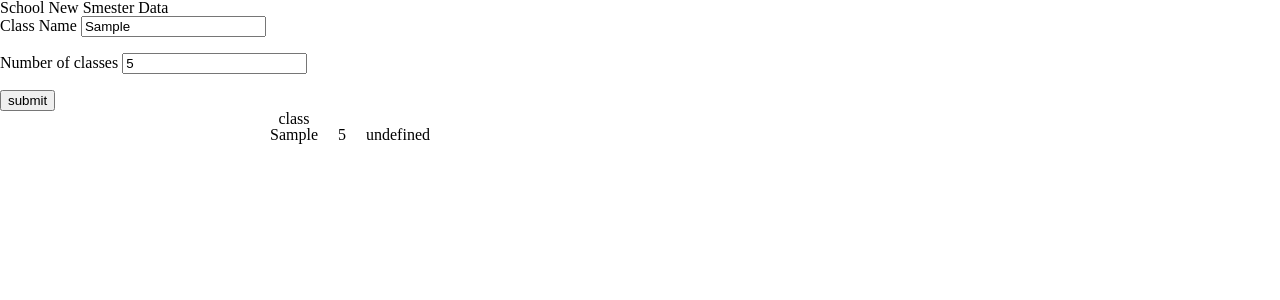
Repository: Razan-am/exam-practice
Page: index.html
These files come from the project's save history. The page is drawn as it stood at one moment and after the next save; the edit follows.
The browser window is 1280 px wide. The pictures show the whole page.
Empty fields were first filled with sample values (such as "Sample", 5 or name@example.com).
After loading, the first visible `#myForm` was submitted once.

Above is the page before, as saved 2021-05-30 23:55:47.

### index.html
<!DOCTYPE html>
<html lang="en">
<head>
    <meta charset="UTF-8">
    <meta http-equiv="X-UA-Compatible" content="IE=edge">
    <meta name="viewport" content="width=device-width, initial-scale=1.0">
    <title>Document</title>
    <link rel="stylesheet" href="css/reset.css">
    <link rel="stylesheet" href="css/style.css">
</head>
<body>
    <header>
        <h1>School New Smester Data</h1>
    </header>
    <main>
        <form action="" id="myForm">
            <fieldset>
                <label for="className">Class Name</label>
                <input type="text" id="className" name="className" placeholder="9th">
                <br/><br/>
                <label for="classNumber">
                    Number of classes
                </label>
                <input type="number" id="classNamber" name="classNumber">
                <br/><br/>
                <input type="submit" value="submit">
            </fieldset>
        </form>
        <div >
            <table id="table"></table>
        </div>
    </main>
    <footer></footer>
    <script src="js/app.js"></script>
</body>
</html>

### css/style.css
table {
    margin-left: 250px;
}
th{
    padding-left: 20px;
}
td{
    padding-left: 20px;
}

### js/app.js
'use strict';

let myForm = document.getElementById('myForm');
let myTable = document.getElementById('table');

let headerData = ['class', 'number of classes', 'number of students for each class']

let mainArr = [];
function Myform(className, numberOfClasses) {
    this.className = className;
    this.numberOfClasses = numberOfClasses;
    this.randomNumber = 0;
    mainArr.push(this);
    setting();
}
console.log(mainArr);

function random(min, max) {
    mainArr.randomNumber = Math.floor(Math.random() * (max - min + 1)) + min;
}


myForm.addEventListener('submit', handleSubmit);

function handleSubmit(event) {
    event.preventDefault();
    let className = event.target.className.value;
    let classNumber = event.target.classNumber.value;
    new Myform(className, classNumber);
    render();
}

function render() {
    // myTable.textContent='';

    let headerEl = document.createElement('tr');
    myTable.appendChild(headerEl);
    let tBody = document.createElement('tr');
    myTable.appendChild(tBody);
    for (let index = 0; index < mainArr.length; index++) {
        let thEl = document.createElement('th');
        headerEl.appendChild(thEl);
        thEl.textContent = `${headerData[index]}`

        let td1 = document.createElement('td');
        tBody.appendChild(td1);
        td1.textContent = `${mainArr[index].className}`;

        let td2 = document.createElement('td');
        tBody.appendChild(td2);
        td2.textContent = `${mainArr[index].numberOfClasses}`;

        let td3 = document.createElement('td');
        tBody.appendChild(td3);
        td3.textContent = `${mainArr.randomNumber}`;
    }

}


function setting() {
    let data = JSON.stringify(mainArr);
    localStorage.setItem('name' , data);
}

function getting() {
    let stringObj = localStorage.getItem('name')
    let normalObj = JSON.parse(stringObj);
    if(normalObj !== null){
        mainArr = normalObj;
    }
    render();
}
getting();

Loaded but not shown: css/reset.css (common file)

After the next save:
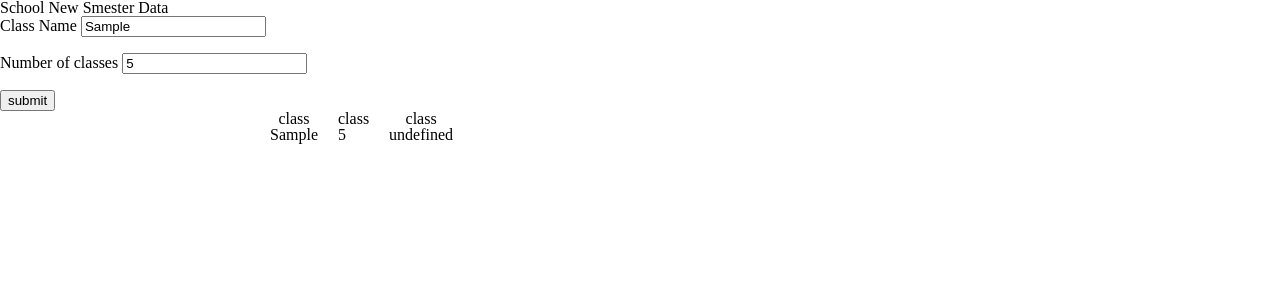
Saved 30 s later.
--- a/js/app.js
+++ b/js/app.js
@@ -38,10 +38,12 @@ function render() {
     let tBody = document.createElement('tr');
     myTable.appendChild(tBody);
     for (let index = 0; index < mainArr.length; index++) {
-        let thEl = document.createElement('th');
-        headerEl.appendChild(thEl);
-        thEl.textContent = `${headerData[index]}`
+        for (let i = 0; i < headerData.length; i++) {
+            let thEl = document.createElement('th');
+            headerEl.appendChild(thEl);
+            thEl.textContent = `${headerData[index]}`
 
+        }
         let td1 = document.createElement('td');
         tBody.appendChild(td1);
         td1.textContent = `${mainArr[index].className}`;
